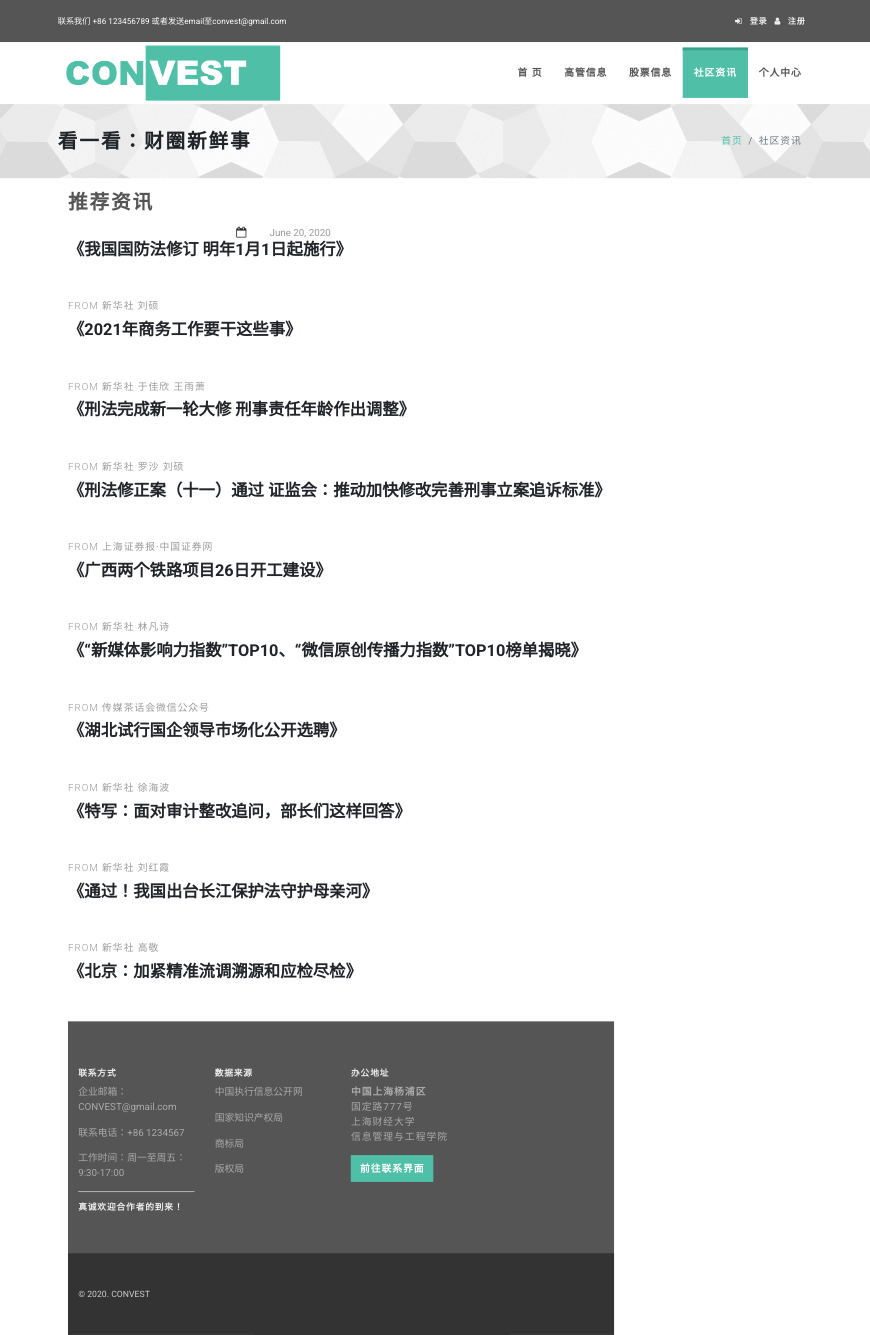
Repository: SUFELYZ/CONVEST
Page: http://localhost/CONVEST/社区资讯.jsp
An editor plug-in stored every save of this project. The page is shown before and after the next save, followed by the edit.
The browser window is 1280 px wide. The pictures show the whole page, at 68% of full size.
The page is served by Tomcat 9.

Above is the page before, as saved 2021-01-03 14:12:28.

After the next save:
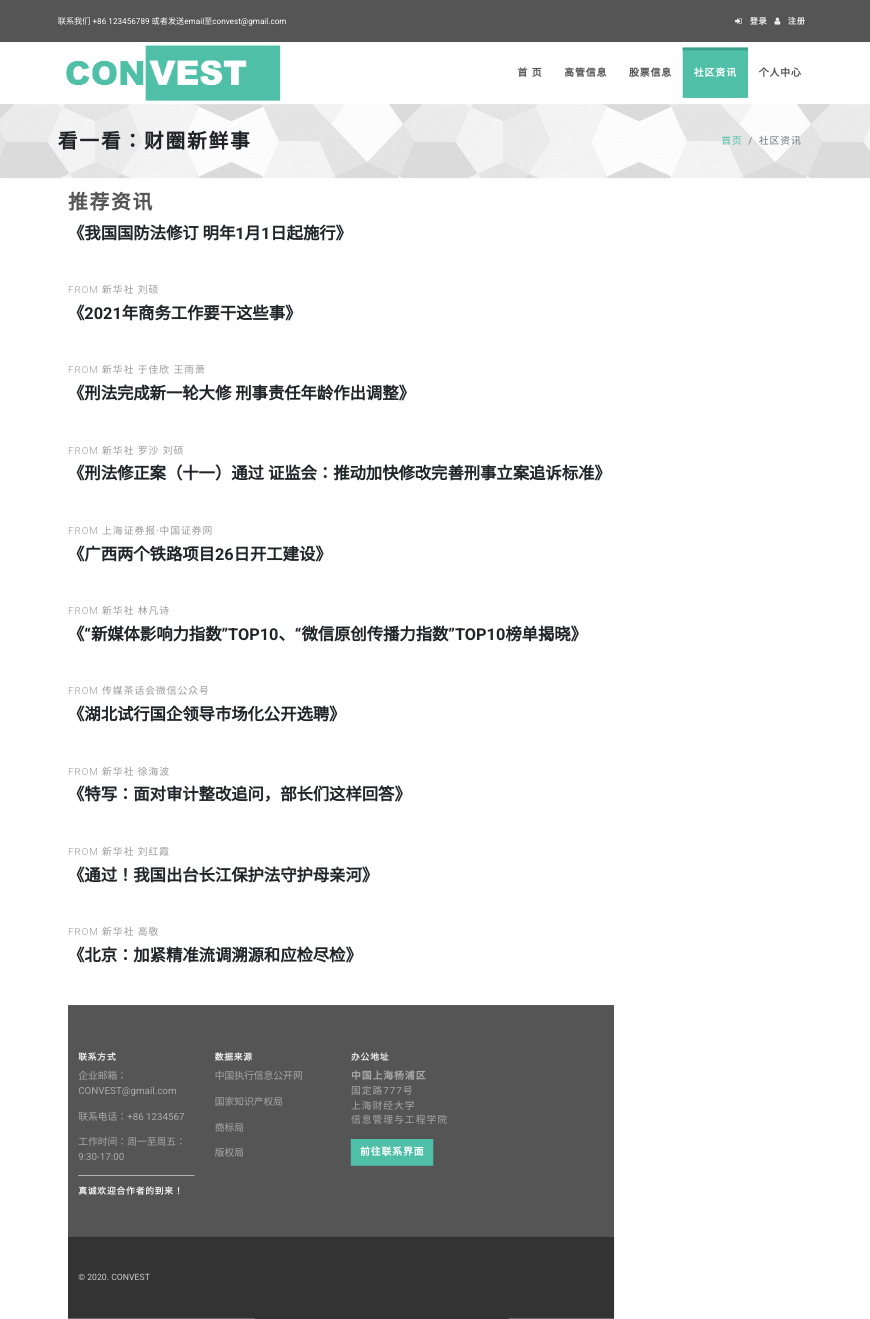
Saved 99 s later.
--- a/CONVEST 1.0/CONVEST/WebContent/社区资讯.jsp
+++ b/CONVEST 1.0/CONVEST/WebContent/社区资讯.jsp
@@ -157,9 +157,7 @@
                       <h2><a>推荐资讯</a></h2>
 
 
-                          <div class="col-sm-6 text-right">
-                              <p class="date-comments"><i class="fa fa-calendar-o"></i> <a id="time1">June 20, 2020</a></p>
-                          </div>
+
 
                       <h3><a id="title1">《我国国防法修订 明年1月1日起施行》</a></h3>
                   </div>

After the save that followed:
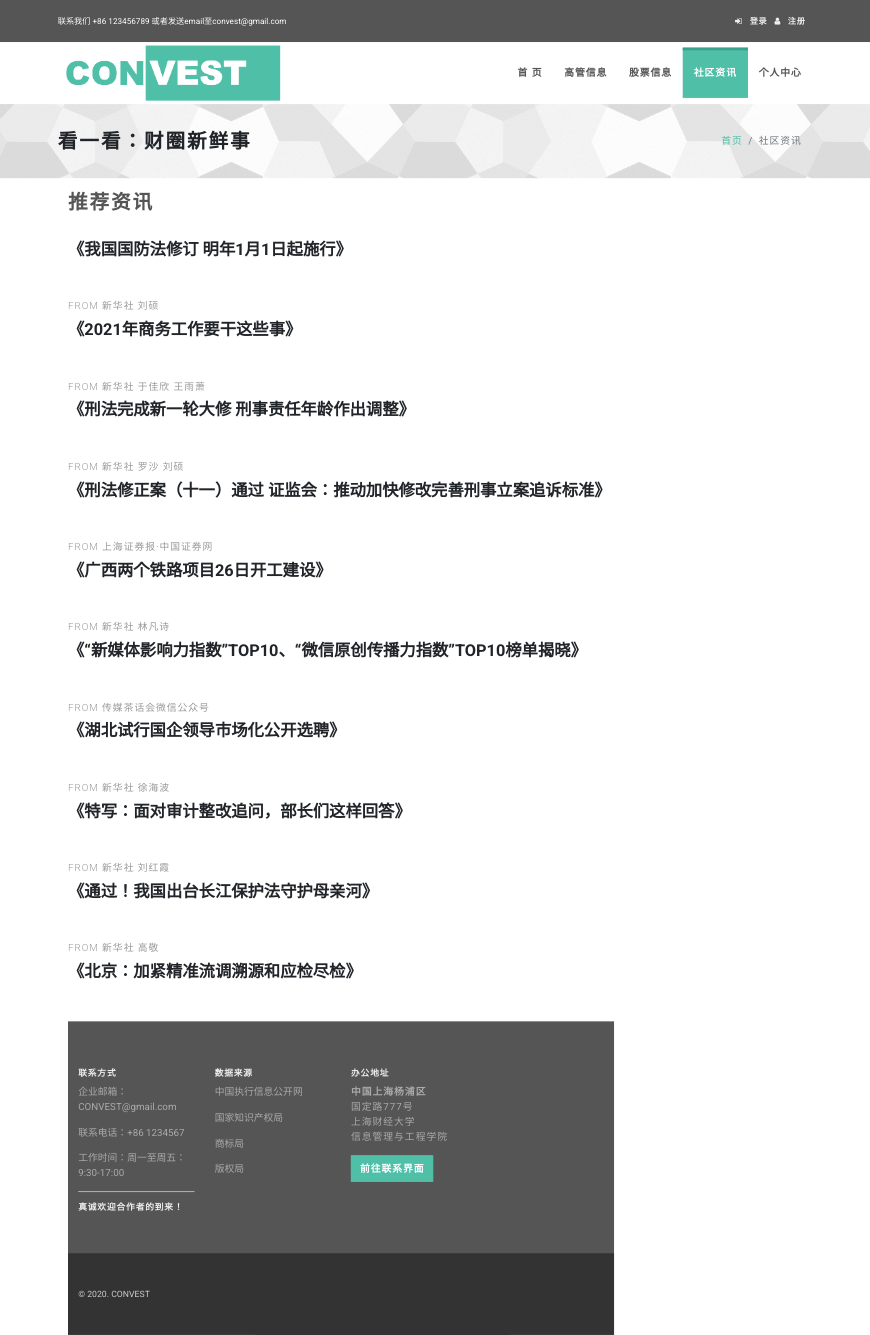
Saved 26 s later.
--- a/CONVEST 1.0/CONVEST/WebContent/社区资讯.jsp
+++ b/CONVEST 1.0/CONVEST/WebContent/社区资讯.jsp
@@ -157,7 +157,7 @@
                       <h2><a>推荐资讯</a></h2>
 
 
-
+                         <br>
 
                       <h3><a id="title1">《我国国防法修订 明年1月1日起施行》</a></h3>
                   </div>
